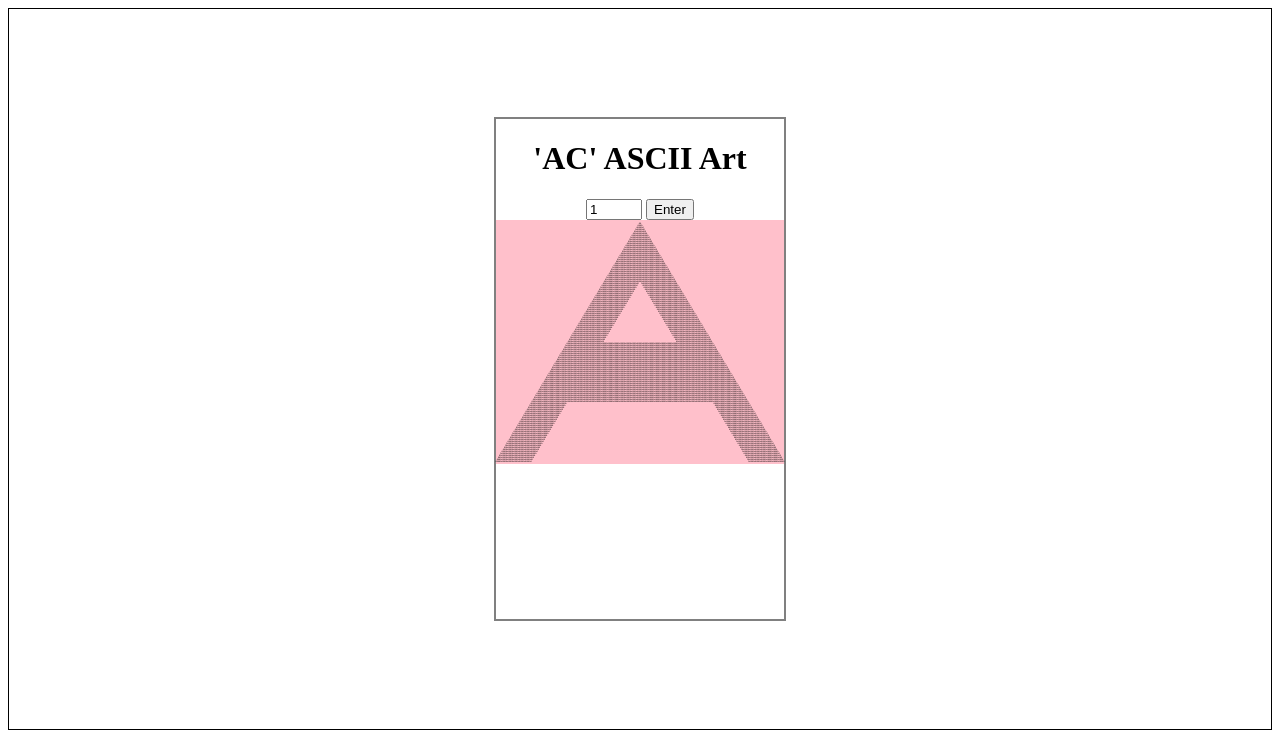
Repository: Achorn/ascii-art
Page: index.html
These files come from the project's save history. The page is drawn as it stood at one moment and after a run of saves; the edit follows.
The browser window is 1280 px wide. The pictures show the whole page.

Above is the page before, as saved 2021-08-09 19:47:54.

After the next 8 saves:
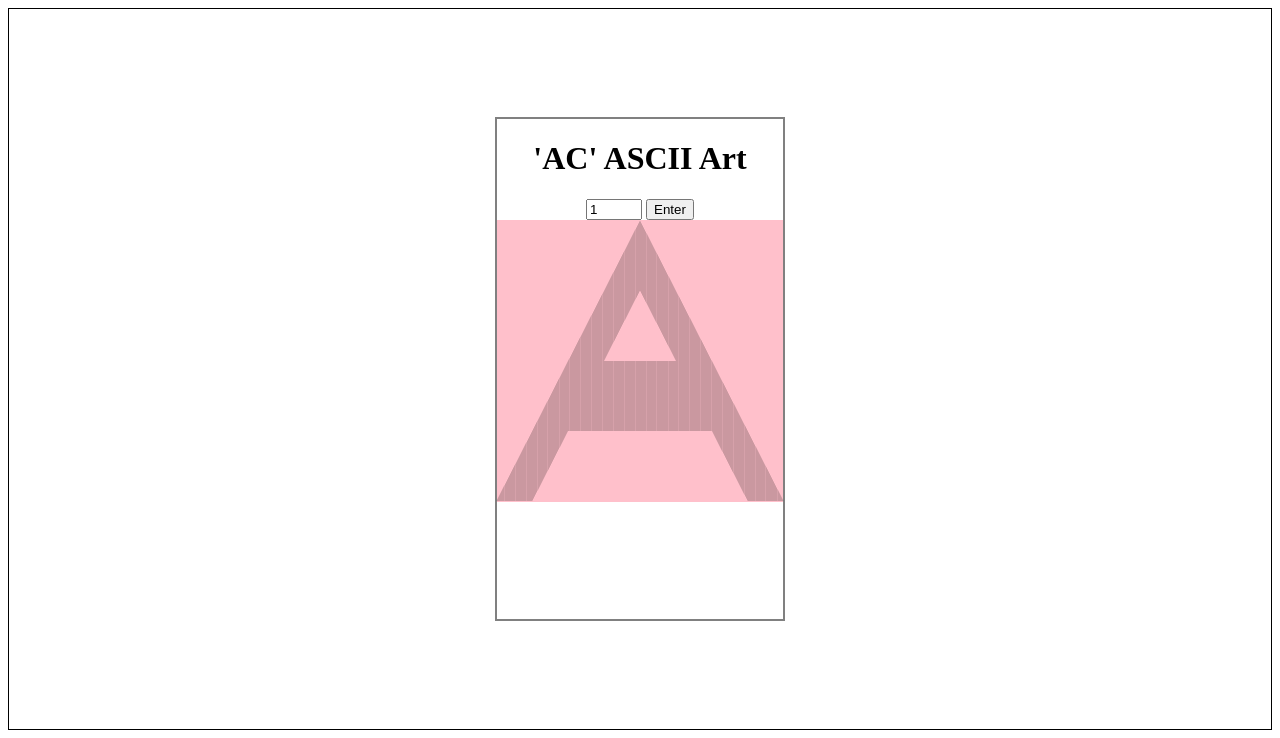
The 8 saves are shown as one change because they came seconds apart.
The last was saved 21 s later.
--- a/myscripts.js
+++ b/myscripts.js
@@ -73,7 +73,7 @@ function trimA(arr, lWidth) {
 
 let monoA = document.getElementById("mono-a");
 let monoC = document.getElementById("mono-c");
-let scale = 30;
+let scale = 70;
 let scaledFour = scaleSpread(four, scale);
 trimA(scaledFour, scale);
 
